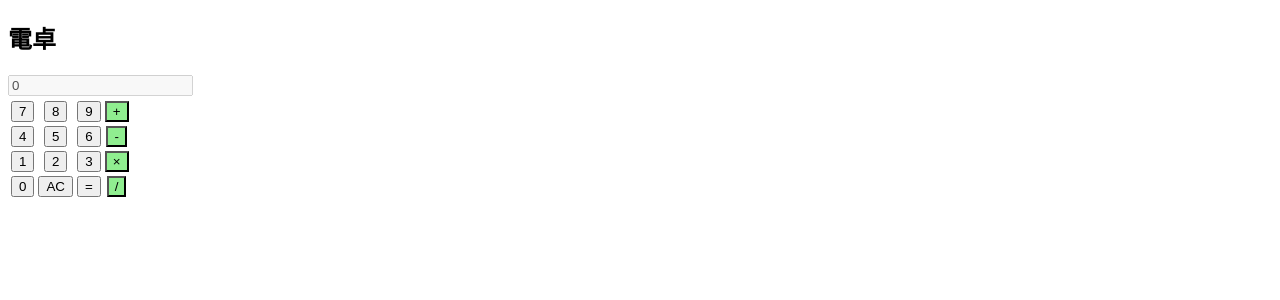
Repository: syokaturyou/potepan
Page: dentaku.html
The author's editor kept a record of every edit. The page is drawn from the files as they stood at one moment, then again after the next edit.
The browser window is 1280 px wide. The pictures show the whole page.

Above is the page before.

### dentaku.html
   <!DOCTYPE html>
    <html lang="en">
      <head>
        <meta charset="utf-8">
        <!--<script src="https://code.jquery.com/jquery-3.2.1.js" integrity="sha256-DZAnKJ/6XZ9si04Hgrsxu/8s717jcIzLy3oi35EouyE=" crossorigin="anonymous"></script>  -->
        <link rel="stylesheet" href="css/main.css">
        <title>電卓</title>
        <script src="javascript/jquery.min.js"></script>
        <script type="text/javascript" src="javascript/main.js" charset="utf-8"></script>
      </head>

      <body>
        <h2>電卓</h2>

          <table>
          <tr>
            <!--<h4 class="target">0</h4>-->
            <input type="text" class="display" name="display" value="0" disabled>
          </tr>
          <tr>
            <th><input type="button" value="7"></input></th>
            <th><input type="button" value="8"></input></th>
            <th><input type="button" value="9"></input></th>
            <th><input type="button" class="plus" value="+"></th>
          </tr>
          <tr>
            <th><input type="button" value="4"></input></th>
            <th><input type="button" value="5"></input></th>
            <th><input type="button" value="6"></input></th>
            <th><input type="button" class="minus" value="-"></th>
          </tr>
          <tr>
            <th><input type="button" value="1"></input></th>
            <th><input type="button" value="2"></input></th>
            <th><input type="button" value="3"></input></th>
            <th><input type="button" class="kakeru" value="×"></th>
          </tr>
          <tr>
            <th><input type="button" value="0"></input></th>
            <th><input type="button" class="ac" value="AC"></th>
            <th><input type="button" class="equal" value="="></th>
            <!--<th><input type="button" value="."></input></th>-->
            <th><input type="button" class="waru" value="/"></th>
          </tr>
        </table>

      </body>
    </html>

### css/main.css
table{
  background-color: white;
}

h4{
  width: 300px;
  color: white;
  background-color: black;
}

 .button {
  padding: 10px 30px;
}

.plus{
    background-color: lightgreen;
    /*padding: 10px 30px;*/
}

.minus{
    background-color: lightgreen;
    /*padding: 10px 30px;*/
}

.kakeru{
    background-color: lightgreen;
    /*padding: 10px 30px;*/
}

.waru{
    background-color: lightgreen;
    /*padding: 10px 30px;*/
}

.waru{
    background-color: lightgreen;
    /*padding: 10px 30px;*/
}

.waru{
    background-color: lightgreen;
    /*padding: 10px 30px;*/
}

### javascript/main.js
     $(document).ready(function(){
      $(".button0").click(function() {
      let value = $(".button0").text(); //テキストを取得し変数に入れています
      $(".target").text(value); //テキストを変更する処理
      });

      $(".button1").click(function() {
      let value1 = 1;
      let value = value + value1
      $(".target").text(value);
      });

      $(".button2").click(function() {
      let value2 = 2;
      let value = value + value2
       $(".target").text(value);
      });

      $(".button3").click(function() {
      let value = 3;
       $(".target").text(value);
      });

      $(".button4").click(function() {
      let value = 4;
       $(".target").text(value);
      });

      $(".button5").click(function() {
      let value = $(".button5").number();
       $(".target").number(value);
      });

      $(".button6").click(function() {
      let value = $(".button6").text();
       $(".target").text(value);
      });

      $(".button7").click(function() {
      let value = $(".button7").text();
       $(".target").text(value);
      });

      $(".button8").click(function() {
      let value = $(".button8").text();
       $(".target").text(value);
      });

      $(".button9").click(function() {
      let value = $(".button9").text();
       $(".target").text(value);
      });

      $(".buttonreset").click(function() {
       $(".target").text(0);
      });

  });

Loaded but not shown: javascript/jquery.min.js (library)

After the next edit:
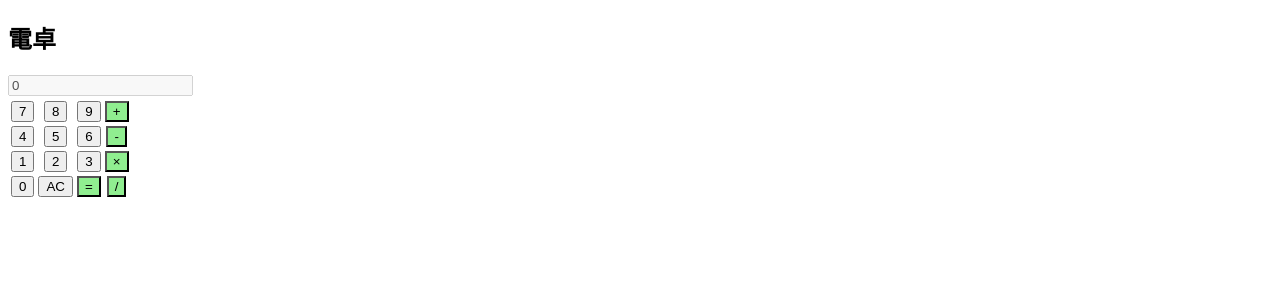
The edit:
--- a/css/main.css
+++ b/css/main.css
@@ -32,7 +32,7 @@
     /*padding: 10px 30px;*/
 }
 
-.waru{
+.equal{
     background-color: lightgreen;
     /*padding: 10px 30px;*/
 }
